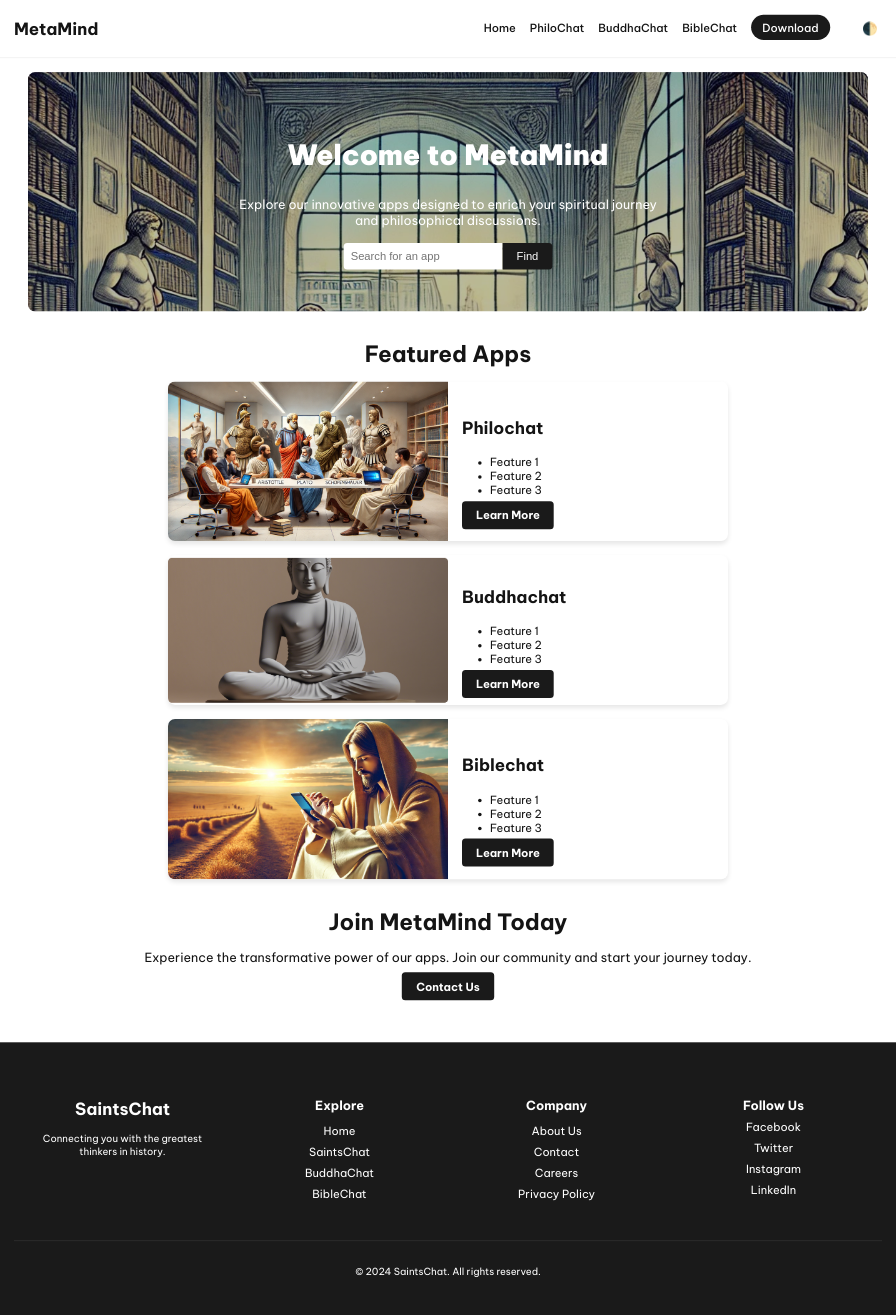
Repository: HSfac/EthosMindWeb
Page: /
The author's editor kept a copy of each file at every save. The page is drawn from the files as they stood at one save, then again after the next save.
The browser window is 1280 px wide. The pictures show the whole page, at 70% of full size.
The project was rebuilt for these pictures with package versions that can differ from the ones it lists, and the page was loaded fresh each time. Also part of the build but not shown: src/pages/SaintsChat.css, src/pages/SaintsChat.jsx, src/pages/BuddhaChat.css, src/pages/BuddhaChat.jsx, src/pages/BibleChat.css, src/pages/BibleChat.jsx, src/pages/Download.css, src/pages/Download.jsx.

Above is the page before, as saved 2024-07-21 20:01:13.

### src/index.css
@import url('https://fonts.googleapis.com/css2?display=swap&family=Be+Vietnam+Pro:wght@400;500;700;900&family=Noto+Sans:wght@400;500;700;900');

body {
  font-family: "Be Vietnam Pro", "Noto Sans", sans-serif;
  margin: 0;
  padding: 0;
  box-sizing: border-box;
}

### src/App.jsx
import React from 'react';
import { BrowserRouter as Router, Route, Routes } from 'react-router-dom';
import Home from './pages/Home.jsx';
import SaintsChat from './pages/SaintsChat.jsx';
import BuddhaChat from './pages/BuddhaChat.jsx';
import BibleChat from './pages/BibleChat.jsx';
import Download from './pages/Download.jsx'; // Download 페이지를 추가합니다.
import Header from './components/Header.jsx';
import Footer from './components/Footer.jsx';

function App() {
  return (
    <Router>
      <Header />
      <Routes>
        <Route path="/" element={<Home />} />
        <Route path="/saintschat" element={<SaintsChat />} />
        <Route path="/buddhachats" element={<BuddhaChat />} />
        <Route path="/biblechats" element={<BibleChat />} />
        <Route path="/download" element={<Download />} /> {/* Download 페이지를 추가합니다. */}
      </Routes>
      <Footer />
    </Router>
  );
}

export default App;

### src/pages/Home.jsx
import React from 'react';
import './Home.css';
import { Link } from 'react-router-dom';
import heroImage from '../assets/images/hero-image.png';
import philochatScreenshot from '../assets/images/ph-image-dl.png';
import buddhachatScreenshot from '../assets/images/buddha-hero-image.png';
import biblechatScreenshot from '../assets/images/jesus-image-dl.png';

function Home() {
  return (
    <main className="home-main">
      {/* Hero Section */}
      <section className="home-hero" style={{ backgroundImage: `url(${heroImage})` }}>
        <div className="home-hero-content">
          <h1 className="home-hero-title">Welcome to MetaMind</h1>
          <p className="home-hero-description">Explore our innovative apps designed to enrich your spiritual journey and philosophical discussions.</p>
          <div className="home-hero-search">
            <input type="text" placeholder="Search for an app" />
            <button>Find</button>
          </div>
        </div>
      </section>

      {/* App Introduction Section */}
      <section id="home-app-introduction" className="home-app-introduction">
        <h2 className="home-section-title">Featured Apps</h2>
        <div className="home-app-cards">
          <div className="home-app-card">
            <img src={philochatScreenshot} alt="Philochat App Screenshot" className="home-app-image" />
            <div className="home-app-info">
              <h3 className="home-app-title">Philochat</h3>
              <ul className="home-app-features">
                <li>Feature 1</li>
                <li>Feature 2</li>
                <li>Feature 3</li>
              </ul>
              <Link to="/saintschat" className="home-learn-more-button">Learn More</Link>
            </div>
          </div>

          <div className="home-app-card">
            <img src={buddhachatScreenshot} alt="Buddhachat App Screenshot" className="home-app-image" />
            <div className="home-app-info">
              <h3 className="home-app-title">Buddhachat</h3>
              <ul className="home-app-features">
                <li>Feature 1</li>
                <li>Feature 2</li>
                <li>Feature 3</li>
              </ul>
              <Link to="/buddhachats" className="home-learn-more-button">Learn More</Link>
            </div>
          </div>

          <div className="home-app-card">
            <img src={biblechatScreenshot} alt="Biblechat App Screenshot" className="home-app-image" />
            <div className="home-app-info">
              <h3 className="home-app-title">Biblechat</h3>
              <ul className="home-app-features">
                <li>Feature 1</li>
                <li>Feature 2</li>
                <li>Feature 3</li>
              </ul>
              <Link to="/biblechats" className="home-learn-more-button">Learn More</Link>
            </div>
          </div>
        </div>
      </section>

      {/* Call to Action Section */}
      <section className="home-cta-section">
        <h2 className="home-cta-title">Join MetaMind Today</h2>
        <p className="home-cta-description">Experience the transformative power of our apps. Join our community and start your journey today.</p>
        <div className="home-cta-buttons">
          <Link to="/contact" className="home-cta-button">Contact Us</Link>
        </div>
      </section>
    </main>
  );
}

export default Home;

### src/components/Header.jsx
import React from 'react';
import { Link } from 'react-router-dom';
import './Header.css';

function Header() {
  return (
    <header className="header">
      <h1 className="header-title">MetaMind</h1>
      <nav className="nav">
        <ul className="nav-list">
          <li className="nav-item"><Link to="/">Home</Link></li>
          <li className="nav-item"><Link to="/saintschat">PhiloChat</Link></li>
          <li className="nav-item"><Link to="/buddhachats">BuddhaChat</Link></li>
          <li className="nav-item"><Link to="/biblechats">BibleChat</Link></li>
          <li className="nav-item header-download-button"><Link to="/download">Download</Link></li>
          <li className="nav-item"><button className="toggle-button" onClick={() => document.body.classList.toggle('dark-mode')}>🌓</button></li>
        </ul>
      </nav>
    </header>
  );
}

export default Header;

### src/components/Footer.jsx
import React from 'react';
import { Link } from 'react-router-dom';
import './Footer.css';

function Footer() {
  return (
    <footer className="footer">
      <div className="footer-content">
        <div className="footer-section">
          <h2 className="footer-title">SaintsChat</h2>
          <p className="footer-description">Connecting you with the greatest thinkers in history.</p>
        </div>
        <div className="footer-section">
          <h3 className="footer-subtitle">Explore</h3>
          <ul className="footer-links">
            <li><Link to="/">Home</Link></li>
            <li><Link to="/saintschat">SaintsChat</Link></li>
            <li><Link to="/buddhachats">BuddhaChat</Link></li>
            <li><Link to="/biblechats">BibleChat</Link></li>
          </ul>
        </div>
        <div className="footer-section">
          <h3 className="footer-subtitle">Company</h3>
          <ul className="footer-links">
            <li><Link to="/about">About Us</Link></li>
            <li><Link to="/contact">Contact</Link></li>
            <li><Link to="/careers">Careers</Link></li>
            <li><Link to="/privacy">Privacy Policy</Link></li>
          </ul>
        </div>
        <div className="footer-section">
          <h3 className="footer-subtitle">Follow Us</h3>
          <div className="footer-social">
            <a href="https://facebook.com" target="_blank" rel="noopener noreferrer">Facebook</a>
            <a href="https://twitter.com" target="_blank" rel="noopener noreferrer">Twitter</a>
            <a href="https://instagram.com" target="_blank" rel="noopener noreferrer">Instagram</a>
            <a href="https://linkedin.com" target="_blank" rel="noopener noreferrer">LinkedIn</a>
          </div>
        </div>
      </div>
      <div className="footer-bottom">
        <p>&copy; 2024 SaintsChat. All rights reserved.</p>
      </div>
    </footer>
  );
}

export default Footer;

### src/pages/Home.css
.home-main {
  padding: 20px 40px;
}

.home-hero {
  background: linear-gradient(rgba(0, 0, 0, 0.1) 0%, rgba(0, 0, 0, 0.4) 100%), center/cover no-repeat;
  color: white;
  text-align: center;
  padding: 60px 20px;
  border-radius: 10px;
  margin-bottom: 40px;
}

.home-hero-content {
  max-width: 600px;
  margin: 0 auto;
}

.home-hero-title {
  font-size: 40px;
  font-weight: 900;
}

.home-hero-description {
  font-size: 18px;
  margin: 10px 0;
}

.home-hero-search {
  display: flex;
  justify-content: center;
  margin-top: 20px;
}

.home-hero-search input {
  padding: 10px;
  font-size: 16px;
  border: none;
  border-radius: 5px 0 0 5px;
  outline: none;
}

.home-hero-search button {
  padding: 10px 20px;
  font-size: 16px;
  border: none;
  background-color: #1a1a1a;
  color: white;
  border-radius: 0 5px 5px 0;
  cursor: pointer;
}

.home-app-introduction {
  margin: 40px 0;
}

.home-section-title {
  font-size: 32px;
  font-weight: bold;
  text-align: center;
  margin-bottom: 20px;
}

.home-app-cards {
  display: flex;
  flex-direction: column;
  align-items: center;
  gap: 20px;
}

.home-app-card {
  display: flex;
  align-items: center;
  background-color: white;
  border-radius: 10px;
  box-shadow: 0 4px 8px rgba(0, 0, 0, 0.1);
  max-width: 800px;
  width: 100%;
  overflow: hidden;
}

.home-app-image {
  width: 50%;
  object-fit: cover;
}

.home-app-info {
  padding: 20px;
  width: 50%;
}

.home-app-title {
  font-size: 24px;
  font-weight: bold;
}

.home-app-description {
  font-size: 16px;
  margin: 10px 0;
}

.home-learn-more-button {
  background-color: #1a1a1a;
  color: white;
  padding: 10px 20px;
  border: none;
  border-radius: 5px;
  cursor: pointer;
  font-size: 16px;
  font-weight: bold;
  text-decoration: none;
}

.home-cta-section {
  margin: 40px 0;
  text-align: center;
}

.home-cta-title {
  font-size: 32px;
  font-weight: bold;
  margin-bottom: 20px;
}

.home-cta-description {
  font-size: 18px;
  margin: 10px 0;
}

.home-cta-buttons {
  display: flex;
  justify-content: center;
  gap: 10px;
}

.home-cta-button {
  background-color: #1a1a1a;
  color: white;
  padding: 10px 20px;
  border: none;
  border-radius: 5px;
  cursor: pointer;
  font-size: 16px;
  font-weight: bold;
  text-decoration: none;
}

### src/components/Header.css
.header {
  display: flex;
  justify-content: space-between;
  align-items: center;
  padding: 10px 20px;
  border-bottom: 1px solid #ededed;
}

.header-title {
  font-size: 24px;
  font-weight: bold;
}

.nav {
  display: flex;
}

.nav-list {
  display: flex;
  list-style: none;
  margin: 0;
  padding: 0;
}

.nav-item {
  margin-left: 20px;
}

.nav-item a {
  text-decoration: none;
  color: var(--text-color);
  font-weight: 500;
}

.header-download-button a {
  padding: 8px 16px;
  border-radius: 20px;
  background-color: #1a1a1a;
  color: white;
}

.toggle-button {
  background: none;
  border: none;
  font-size: 18px;
  cursor: pointer;
  margin-left: 20px;
}

:root {
  --bg-color: white;
  --text-color: #141414;
}

.dark-mode {
  --bg-color: #141414;
  --text-color: white;
}

body {
  background-color: var(--bg-color);
  color: var(--text-color);
  transition: background-color 0.3s, color 0.3s;
}

### src/components/Footer.css
.footer {
  background-color: #1a1a1a;
  color: white;
  padding: 40px 20px;
  text-align: center;
}

.footer-content {
  display: flex;
  flex-wrap: wrap;
  justify-content: space-around;
  margin-bottom: 20px;
}

.footer-section {
  flex: 1;
  min-width: 200px;
  margin: 20px;
}

.footer-title {
  font-size: 24px;
  font-weight: bold;
}

.footer-description {
  font-size: 14px;
}

.footer-subtitle {
  font-size: 18px;
  font-weight: bold;
  margin-bottom: 10px;
}

.footer-links {
  list-style: none;
  padding: 0;
}

.footer-links li {
  margin-bottom: 10px;
}

.footer-links a {
  text-decoration: none;
  color: white;
}

.footer-social a {
  display: block;
  margin-bottom: 10px;
  text-decoration: none;
  color: white;
}

.footer-bottom {
  border-top: 1px solid #333;
  padding-top: 20px;
  font-size: 14px;
}

Loaded but not shown: public/index.html (common file); src/index.js (common file)

After the next save:
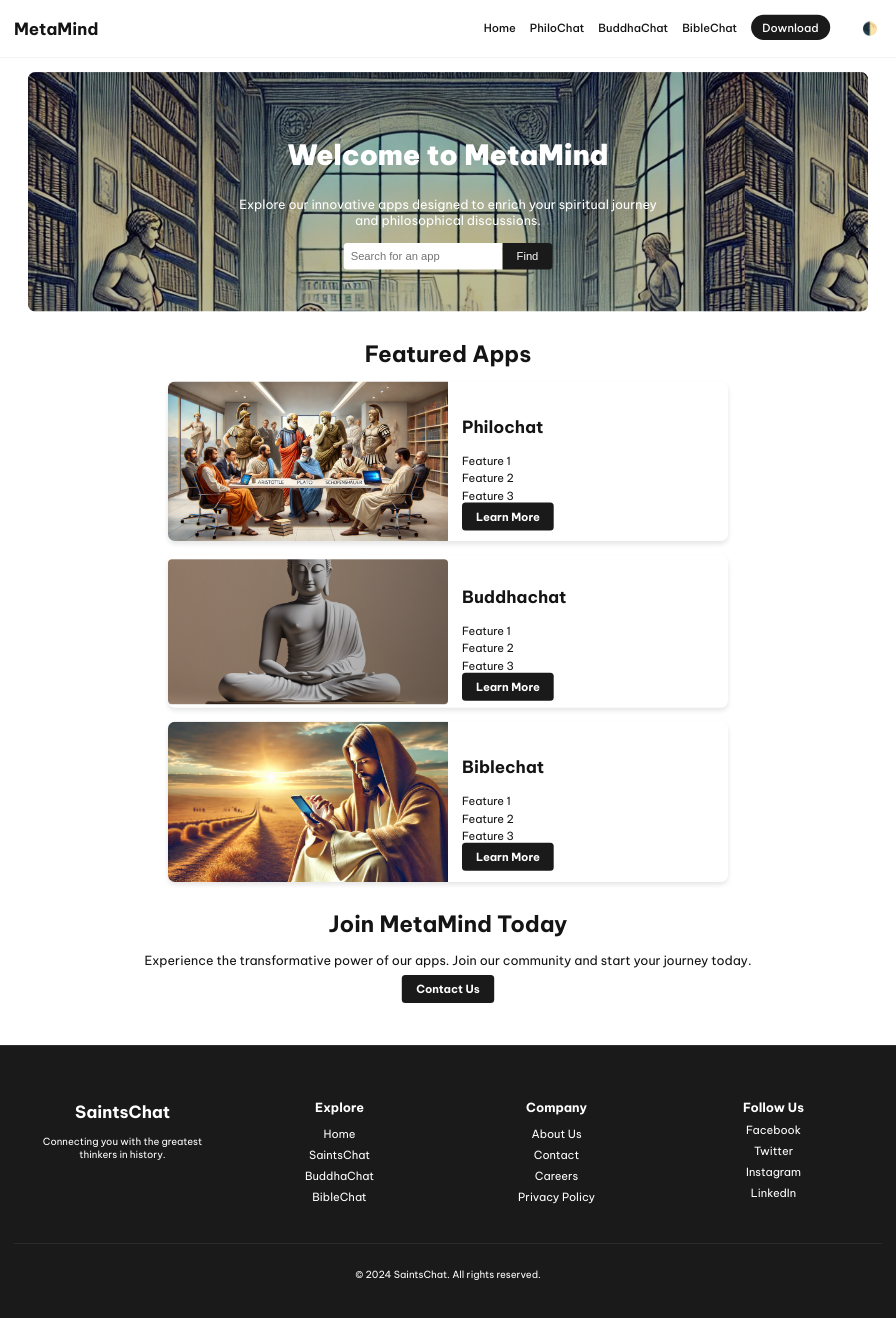
Saved 6 s later.
--- a/src/pages/Home.css
+++ b/src/pages/Home.css
@@ -94,9 +94,15 @@
   font-weight: bold;
 }
 
-.home-app-description {
+.home-app-features {
+  list-style: none;
+  padding: 0;
+  margin: 10px 0;
+}
+
+.home-app-features li {
   font-size: 16px;
-  margin: 10px 0;
+  margin-bottom: 5px;
 }
 
 .home-learn-more-button {
